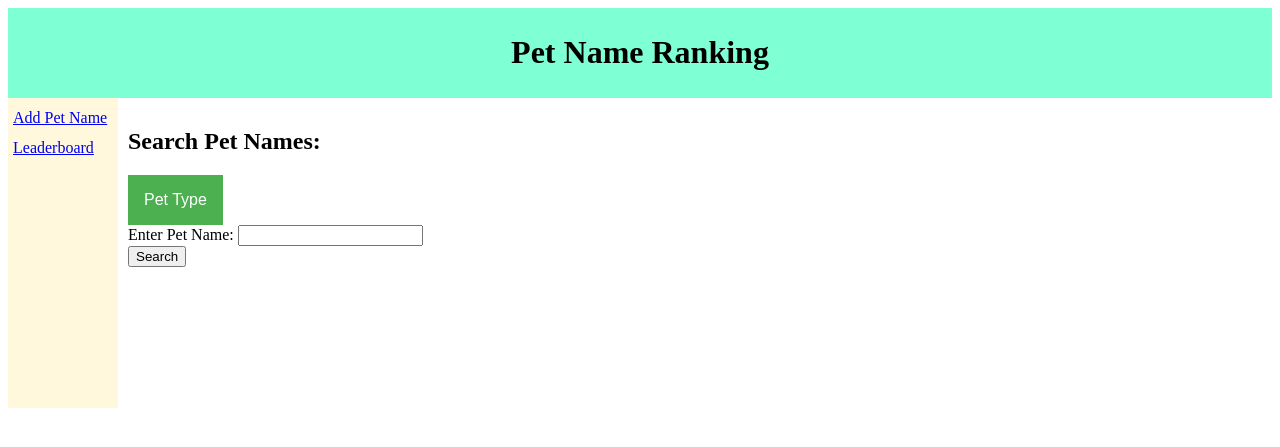
Repository: mutterbucket/TriplettTermProject4830
Page: workspaceCSCI4830-tech-excercise-Triplett/techExcerciseTriplett/WebContent/home_search.html
These files come from the project's save history. The page is drawn as it stood at one moment and after the next save; the edit follows.
The browser window is 1280 px wide. The pictures show the whole page.
The pointer rests on the first visible `.dropdown`.

Above is the page before, as saved 2020-02-21 22:34:28.

### workspaceCSCI4830-tech-excercise-Triplett/techExcerciseTriplett/WebContent/home_search.html
<!DOCTYPE html>
<html>
<head>
<meta charset="ISO-8859-1">
<style type="text/css">
header {
    background-color:aquamarine;
    color: black;
    text-align: center;
    padding: 5px;
}
nav {
    line-height:30px;
    background-color:cornsilk;
    height:300px;
    width:100px;
    float:left;
    padding:5px;
}
section {
    width:350px;
    float:left;
    padding:10px;
}
.dropbtn {
  background-color:#4CAF50;
  color: white;
  padding: 16px;
  font-size: 16px;
  border: none;
}
.dropdown {
  position: relative;
  display: inline-block;
}
.dropdown-content {
  display: none;
  position: absolute;
  background-color:#f1f1f1;
  min-width: 160px;
  box-shadow: 0px 8px 16px 0px rgba(0,0,0,0.2);
  z-index: 1;
}
.dropdown-content a {
  color: black;
  padding: 12px 16px;
  text-decoration: none;
  display: block;
}
footer {
    background-color:19FFBD;
    color:black;
    clear:both;
    text-align:center;
    padding:5px;
}
</style>
</head>
<body>
<header>
<h1>Pet Name Ranking</h1>
</header>

<nav>
<a href="/techExcerciseTriplett/add_name.html">Add Pet Name</a> <br>
<a href="/techExcerciseTriplett/leaderboard.html">Leaderboard</a> <br>
</nav>

<section>
	<h1>Search Pet Names:</h1>

	<form action="SearchNames" method="POST">
		<div class="dropdown">
        	<button class="dropbtn">Pet Type</button>
       		<div class="dropdown-content">
        	 	<a href="#">Cat</a>
         		<a href="#">Dog</a>
         		<a href="#">Bird</a>
       		</div>
    	</div>
    	<br>
		Enter Pet Name: <input type="text" name="keyword"> <br />

		<input type="submit" value="Search" />
	</form>

</section>
</body>
</html>

After the next save:
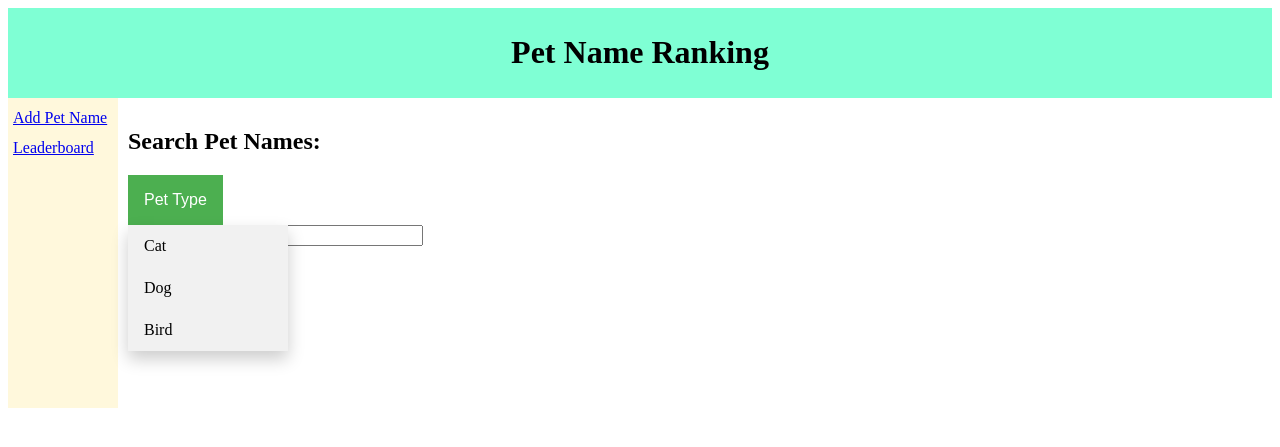
Saved 2 min 21 s later.
--- a/workspaceCSCI4830-tech-excercise-Triplett/techExcerciseTriplett/WebContent/home_search.html
+++ b/workspaceCSCI4830-tech-excercise-Triplett/techExcerciseTriplett/WebContent/home_search.html
@@ -47,6 +47,12 @@ section {
   text-decoration: none;
   display: block;
 }
+.dropdown:hover .dropdown-content {
+  display: block;
+}
+.dropdown-content a:hover {
+  background-color: #ddd;
+}
 footer {
     background-color:19FFBD;
     color:black;
